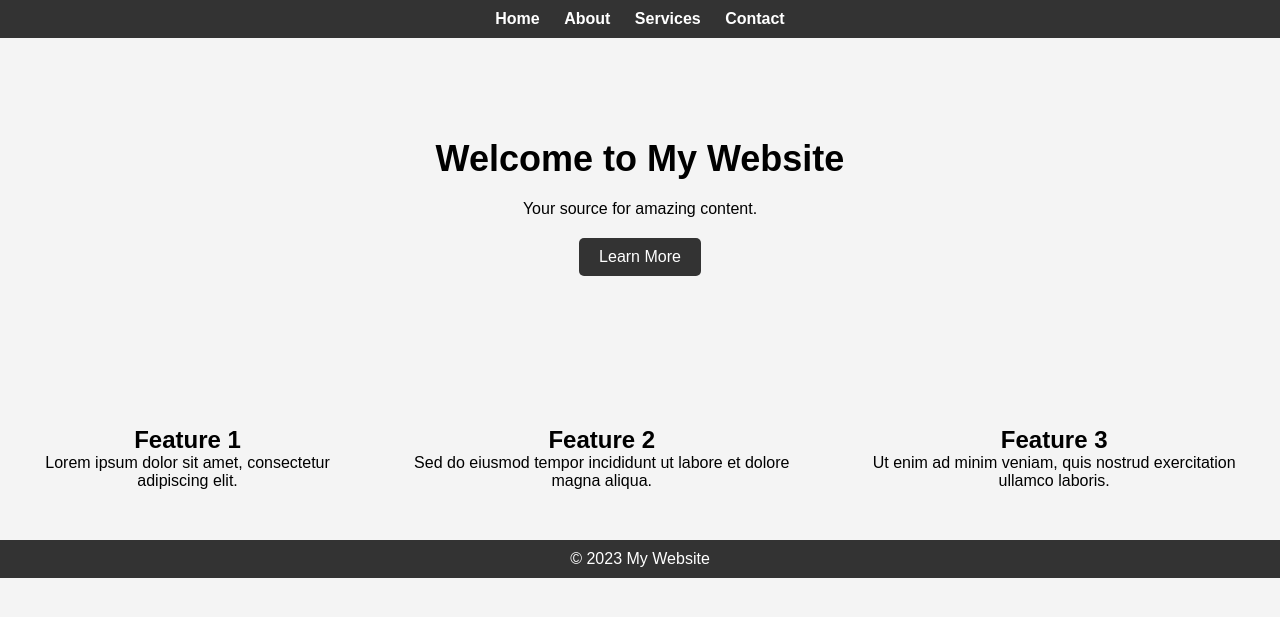
Repository: Ajay9554/javaPrograms
Page: http://localhost/loginPage/
These files come from the project's save history. The page is drawn as it stood at one moment and after the next save; the edit follows.
The browser window is 1280 px wide. The pictures show the whole page.
The page is served by Tomcat 9.

Above is the page before, as saved 2023-10-15 18:54:42.

### eclipse-workspace/aug1pro/loginPage/src/main/webapp/index.jsp
<%@ page language="java" contentType="text/html; charset=UTF-8"
	pageEncoding="UTF-8"%>
<!DOCTYPE html>
<html lang="en">
<head>
<meta charset="UTF-8">
<meta name="viewport" content="width=device-width, initial-scale=1.0">
<link rel="stylesheet" type="text/css" href="css/style.css">
<title>My Website</title>
</head>
<body>
	<header>
		<nav>
			<ul>
				<li><a href="#">Home</a></li>
				<li><a href="#">About</a></li>
				<li><a href="#">Services</a></li>
				<li><a href="#">Contact</a></li>
			</ul>
		</nav>
	</header>

	<section class="hero">
		<h1>Welcome to My Website</h1>
		<p>Your source for amazing content.</p>
		<a href="#" class="btn">Learn More</a>
	</section>

	<section class="features">
		<div class="feature">
			<h2>Feature 1</h2>
			<p>Lorem ipsum dolor sit amet, consectetur adipiscing elit.</p>
		</div>
		<div class="feature">
			<h2>Feature 2</h2>
			<p>Sed do eiusmod tempor incididunt ut labore et dolore magna
				aliqua.</p>
		</div>
		<div class="feature">
			<h2>Feature 3</h2>
			<p>Ut enim ad minim veniam, quis nostrud exercitation ullamco
				laboris.</p>
		</div>
	</section>

	<footer>
		<p>&copy; 2023 My Website</p>
	</footer>
</body>
</html>

### eclipse-workspace/aug1pro/loginPage/src/main/webapp/css/style.css
/* Reset some default styles */
body, h1, h2, p, ul, li {
    margin: 0;
    padding: 0;
}

/* Define general styles for the page */
body {
    font-family: Arial, sans-serif;
    background-color: #f4f4f4;
}

header {
    background-color: #333;
    color: #fff;
    padding: 10px 0;
    text-align: center;
}

nav ul {
    list-style: none;
}

nav li {
    display: inline;
    margin: 0 10px;
}

nav a {
    text-decoration: none;
    color: #fff;
    font-weight: bold;
}

.hero {
    text-align: center;
    padding: 100px 0;
}

.hero h1 {
    font-size: 36px;
    margin-bottom: 20px;
}

.btn {
    display: inline-block;
    background: #333;
    color: #fff;
    padding: 10px 20px;
    text-decoration: none;
    border-radius: 5px;
    margin-top: 20px;
}

.features {
    display: flex;
    justify-content: center;
    padding: 50px 0;
}

.feature {
    text-align: center;
    margin: 0 20px;
}

/* Define styles for the footer */
footer {
    background-color: #333;
    color: #fff;
    text-align: center;
    padding: 10px 0;
}

After the next save:
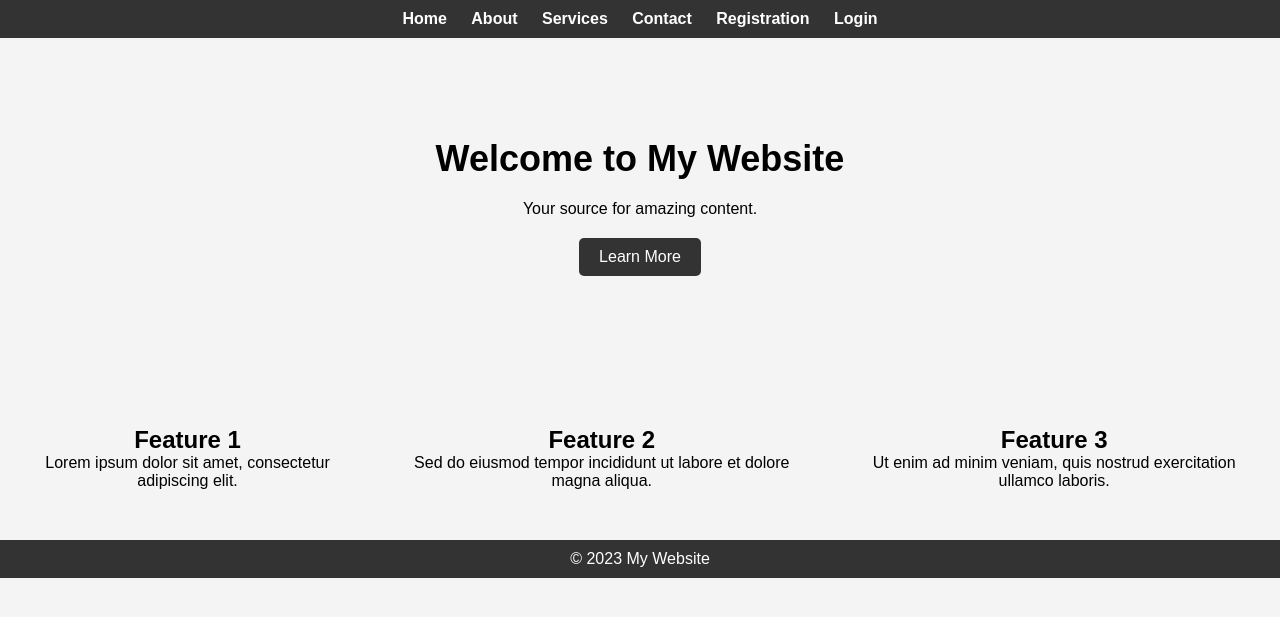
Saved 75 s later.
--- a/eclipse-workspace/aug1pro/loginPage/src/main/webapp/index.jsp
+++ b/eclipse-workspace/aug1pro/loginPage/src/main/webapp/index.jsp
@@ -16,6 +16,8 @@
 				<li><a href="#">About</a></li>
 				<li><a href="#">Services</a></li>
 				<li><a href="#">Contact</a></li>
+				<li><a href="#">Registration</a></li>
+				<li><a href="#">Login</a></li>
 			</ul>
 		</nav>
 	</header>
